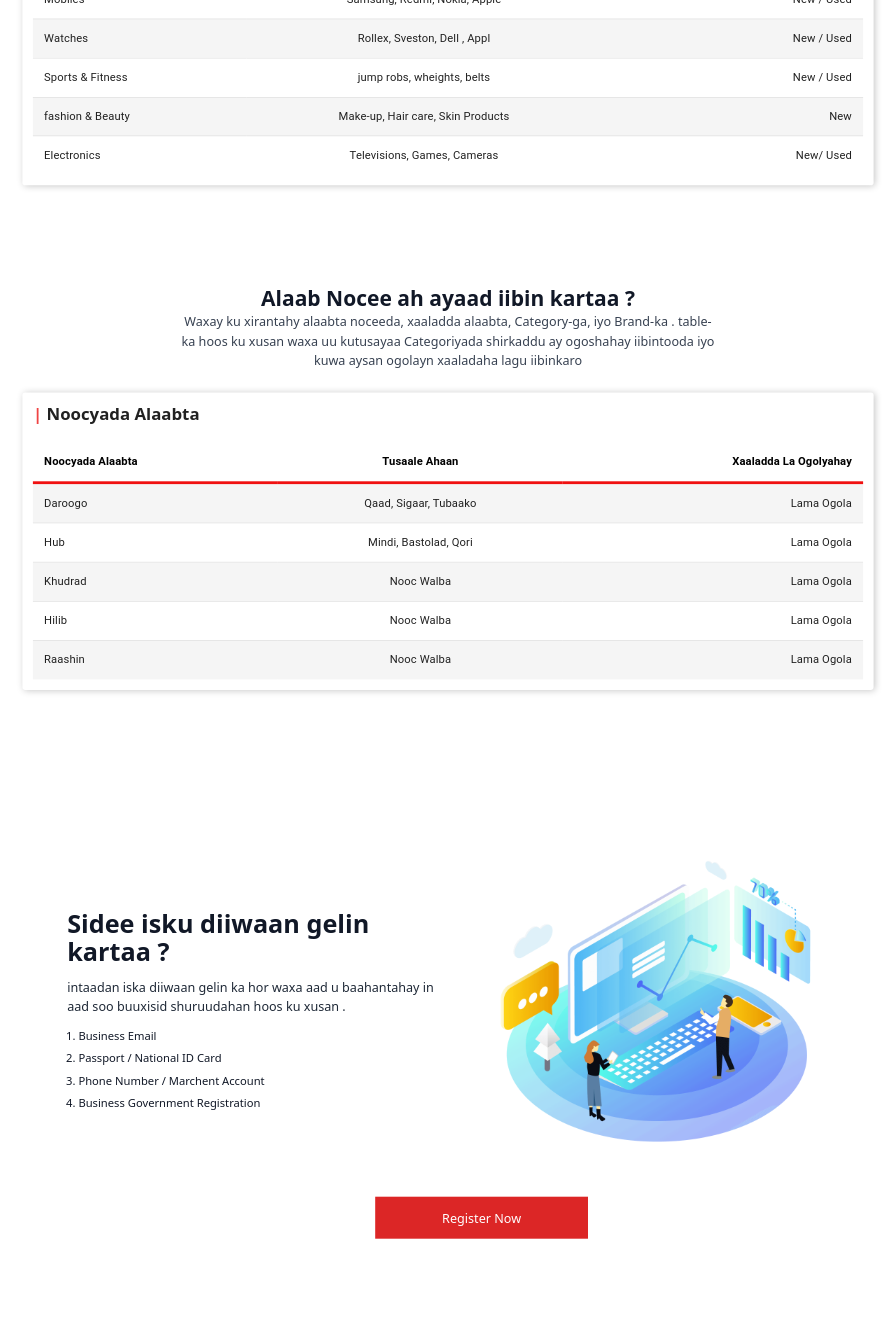
Repository: muraadso/Muraadso-Sellers
Page: /
An editor plug-in stored every save of this project. The page is shown before and after the next save, followed by the edit.
The browser window is 1280 px wide. The pictures show the part of the page from y = 2651 to 4571 px (the page is 7731 px tall before and 7764 px after), at 70% of full size.
The project was rebuilt for these pictures with package versions that can differ from the ones it lists, and the page was loaded fresh each time. The framework's server and built-in components were replaced by stand-ins that run in the browser. Also part of the build but not shown: next.config.js.

Above is the page before, as saved 2021-12-12 16:50:31.

After the next save:
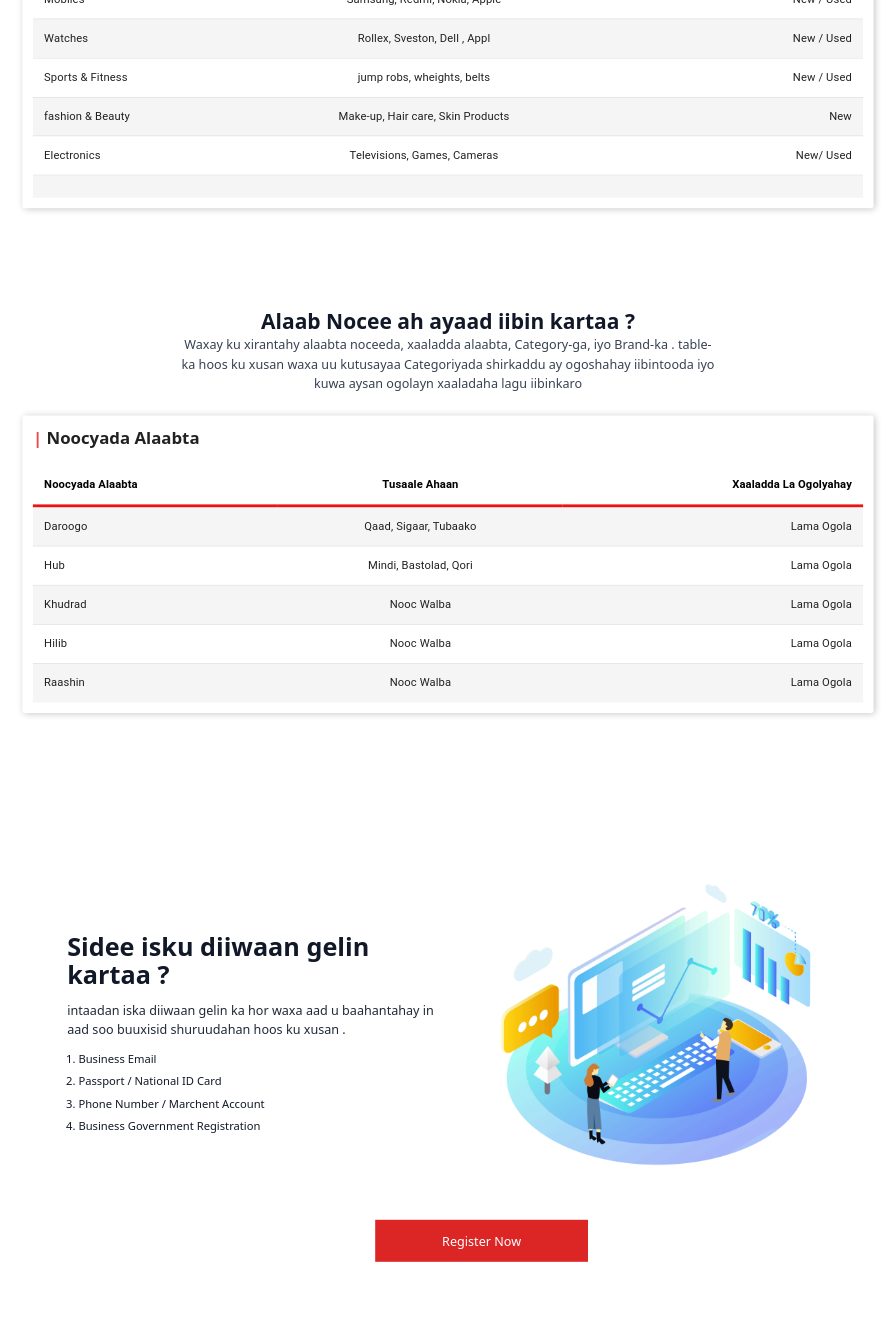
Saved 7 s later.
--- a/components/Whatsell.jsx
+++ b/components/Whatsell.jsx
@@ -49,7 +49,8 @@ const rows =[
   createData('Watches', 'Rollex, Sveston, Dell , Appl', 'New / Used'),
   createData('Sports & Fitness', 'jump robs, wheights, belts ', 'New / Used'),
   createData('fashion & Beauty', 'Make-up, Hair care, Skin Products', 'New'),
-  createData('Electronics', 'Televisions, Games, Cameras', 'New/ Used')
+  createData('Electronics', 'Televisions, Games, Cameras', 'New/ Used'),
+  createData('')
 ]
 const rows2 = [
   createData('Daroogo', "Qaad, Sigaar, Tubaako", 'Lama Ogola'),
